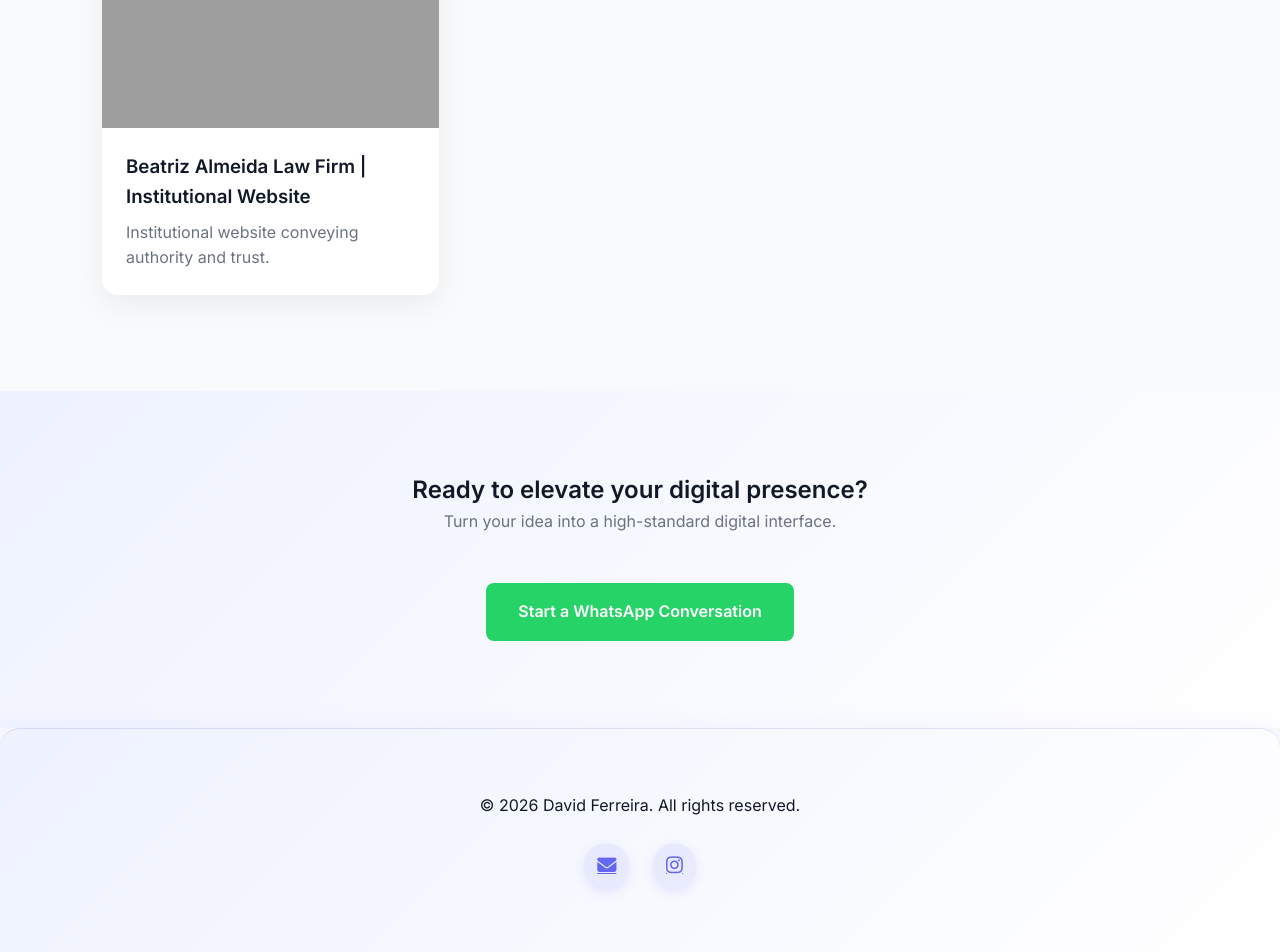
Repository: davidfsillva/David_Ferreira
Page: index.html
These files come from the project's save history. The page is drawn as it stood at one moment and after the next save; the edit follows.
The browser window is 1280 px wide. The pictures show the part of the page from y = 1990 to 2942 px (the page is 2942 px tall).
Pictures or frames that could not be fetched are drawn as grey boxes.

Above is the page before, as saved 2026-02-11 15:22:54.
Console error: TypeError: Cannot read properties of null (reading 'addEventListener')

### index.html
<!DOCTYPE html>
<html lang="en">
<head>
    <meta charset="UTF-8">
    <meta name="viewport" content="width=device-width, initial-scale=1.0">

    <title>David Ferreira | Front-end Developer & Premium UI Designer</title>

    <!-- Primary SEO -->
    <meta name="description" content="David Ferreira is a front-end developer specialized in premium interfaces, high-conversion landing pages, and modern digital experiences.">
    <meta name="keywords" content="Front-end Developer, Web Designer, UI Designer, Landing Page, Web Development, Freelancer Brazil">
    <meta name="author" content="David Ferreira">
    <meta name="robots" content="index, follow">
    <link rel="canonical" href="https://yourdomain.com/">

    <!-- Open Graph (Facebook, LinkedIn) -->
    <meta property="og:title" content="David Ferreira | Premium Front-end Developer">
    <meta property="og:description" content="High-standard digital interfaces focused on performance and conversion.">
    <meta property="og:image" content="https://yourdomain.com/preview.jpg">
    <meta property="og:url" content="https://yourdomain.com/">
    <meta property="og:type" content="website">

    <!-- Twitter Card -->
    <meta name="twitter:card" content="summary_large_image">
    <meta name="twitter:title" content="David Ferreira | Web Developer">
    <meta name="twitter:description" content="Premium web development focused on performance and modern design.">
    <meta name="twitter:image" content="https://yourdomain.com/preview.jpg">

    <!-- Favicon -->
    <link rel="icon" href="favicon.ico" type="image/x-icon">

    <!-- Fonts -->
    <link href="https://fonts.googleapis.com/css2?family=Inter:wght@300;400;600&family=Plus+Jakarta+Sans:wght@700;800&display=swap" rel="stylesheet">

    <!-- Font Awesome -->
    <link rel="stylesheet" href="https://cdnjs.cloudflare.com/ajax/libs/font-awesome/6.5.0/css/all.min.css" integrity="sha512-..." crossorigin="anonymous" referrerpolicy="no-referrer" />

    <link rel="stylesheet" href="style.css">
</head>

<body>

    <!-- NAVBAR -->
    <nav class="navbar">
        <div class="logo"><a href="#">David | Web Developer<span>.</span></a></div>

        <ul class="nav-links">
            <li><a href="#about">About</a></li>
            <li><a href="#portfolio">Projects</a></li>
            <li><a href="#contact" class="btn-sm">Contact</a></li>
        </ul>
    </nav>

    <!-- HERO -->
    <section class="hero">
        <div class="hero-content">
            <h1>Creating high-level digital <span> with code experiences</span></h1>
            <p>Front-end developer specialized in high-standard interfaces and landing pages focused on results.</p>
            <div class="hero-btns">
                <a href="#portfolio" class="btn-primary">See Projects</a>
                <a href="#contact" class="btn-secondary">Let's Talk</a>
            </div>
        </div>
        <div class="hero-visual">
            <div class="hero-glow"></div>
        </div>
    </section>

    <!-- ABOUT -->
    <section id="about" class="section">
        <h2>About Me</h2>
        <p>I'm David Ferreira, a Front-end developer focused on creating modern, functional websites with premium interfaces. I work with HTML, CSS, JavaScript, and React, prioritizing performance, design, and user experience.</p>
        <p>My goal is to help businesses and professionals stand out digitally through websites that convey trust and deliver real results.</p>
    </section>

    <!-- PORTFOLIO -->
    <section id="portfolio" class="portfolio">
        <div class="section-header">
            <h2>Selected Projects</h2>
            <p>A showcase of solutions focused on performance and design.</p>
        </div>
        <div class="portfolio-grid">
            <!-- Project 1 -->
            <a href="https://davidfsillva.github.io/Alex-Carter/" target="_blank" class="project-link">
                <div class="project-card">
                    <div class="card-image">
                        <img src="img/alex.png" alt="Alex Carter Project">
                        <div class="card-overlay"><span>View Details</span></div>
                    </div>
                    <div class="card-info">
                        <h3>Alex Carter | Landing Page</h3>
                        <p>Personal branding website for a professional athlete.</p>
                    </div>
                </div>
            </a>

            <!-- Project 2 -->
            <a href="https://davidfsillva.github.io/e-hammershark/" target="_blank" class="project-link">
                <div class="project-card">
                    <div class="card-image">
                        <img src="img/ecomerce.png" alt="Hammershark Project">
                        <div class="card-overlay"><span>View Details</span></div>
                    </div>
                    <div class="card-info">
                        <h3>Hammershark | E-commerce</h3>
                        <p>Fitness fashion e-commerce, focused on branding and shopping experience.</p>
                    </div>
                </div>
            </a>

            <!-- Project 3 -->
            <a href="https://davidfsillva.github.io/landing-page/" target="_blank" class="project-link">
                <div class="project-card">
                    <div class="card-image">
                        <img src="img/landingpage.png" alt="Landing Page Project">
                        <div class="card-overlay"><span>View Details</span></div>
                    </div>
                    <div class="card-info">
                        <h3>Lucas Andrade | Landing Page</h3>
                        <p>Strategic landing page for lead generation and conversion.</p>
                    </div>
                </div>
            </a>

            <!-- Project 4 -->
            <a href="https://davidfsillva.github.io/beatriz-almeida-adv/" target="_blank" class="project-link">
                <div class="project-card">
                    <div class="card-image">
                        <img src="img/adv.png" alt="Beatriz Almeida Law Firm Project">
                        <div class="card-overlay"><span>View Details</span></div>
                    </div>
                    <div class="card-info">
                        <h3>Beatriz Almeida Law Firm | Institutional Website</h3>
                        <p>Institutional website conveying authority and trust.</p>
                    </div>
                </div>
            </a>
        </div>
    </section>

    <!-- CTA / CONTACT -->
    <section id="contact" class="cta-section">
        <h2>Ready to elevate your digital presence?</h2>
        <p>Turn your idea into a high-standard digital interface.</p>
        <a href="https://wa.me/5511990242453" target="_blank" class="btn-whatsapp">Start a WhatsApp Conversation</a>
    </section>

    <!-- FOOTER -->
    <footer>
        <div class="footer-content">
            <p>&copy; 2026 David Ferreira. All rights reserved.</p>
            <div class="social-links">
                <a href="mailto:davidfsillva@icloud.com" target="_blank" rel="noopener noreferrer"><i class="fa-solid fa-envelope"></i></a>
                <a href="https://www.instagram.com/david_websites?igsh=MWdmZWJ3MW80N3JsNQ==" target="_blank" rel="noopener noreferrer"><i class="fa-brands fa-instagram"></i></a>
            </div>
        </div>
    </footer>

    <script src="scripts.js"></script>
</body>
</html>

### style.css
:root {
  --primary: #6366f1;
  --primary-light: #818cf8;
  --accent: #a855f7;
  --text-dark: #111827;
  --text-light: #6b7280;
  --bg-light: #f9fafb;
  --white: #ffffff;
  --transition: all 0.3s ease;
}

/* RESET */
* {
  margin: 0;
  padding: 0;
  box-sizing: border-box;
}

html {
  scroll-behavior: smooth;   /* já tinha */
  scroll-padding-top: 70px; /* ajuste esse valor para altura da navbar */
}


body {
  font-family: 'Inter', sans-serif;
  background: var(--bg-light);
  color: var(--text-dark);
  line-height: 1.6;
  animation: fadePage 0.8s ease-in-out;
}

@keyframes fadePage {
  from { opacity: 0; transform: translateY(10px); }
  to { opacity: 1; transform: translateY(0); }
}

/* NAVBAR */
.navbar {
  position: fixed;
  width: 100%;
  top: 0;
  padding: 1.5rem 8%;
  display: flex;
  justify-content: space-between;
  align-items: center;
  background: rgba(255,255,255,0.85);
  backdrop-filter: blur(12px);
  box-shadow: 0 4px 20px rgba(0,0,0,0.05);
  z-index: 1000;
  transition: var(--transition);
}

.logo {
  font-family: 'Plus Jakarta Sans', sans-serif;
  font-weight: 800;
  font-size: 1.5rem;
}

.logo a {
  text-decoration: none;   /* remove o sublinhado */
  color: var(--text-dark); /* cor principal da logo */
  font-weight: 800;
  font-size: 1.5rem;
}

.logo a span {
  color: var(--primary);   /* deixa apenas o ponto colorido */
}


.logo span {
  color: var(--primary);
}

.nav-links {
  display: flex;
  list-style: none;
  gap: 2rem;
}

.nav-links a {
  text-decoration: none;
  color: var(--text-light);
  font-weight: 500;
  transition: var(--transition);
}

.nav-links a:hover {
  color: var(--primary);
  transform: translateY(-2px);
}

/* HERO */
.hero {
  min-height: 100vh;
  padding: 120px 8% 80px; /* aumentei de 60px para 80px */
  display: flex;
  align-items: center;
  justify-content: space-between;
  background: linear-gradient(135deg, #eef2ff, #ffffff);
  flex-wrap: wrap;
}

.hero-content {
  max-width: 600px;
  animation: heroFade 1s ease 0.2s both;
}

@keyframes heroFade {
  from { opacity: 0; transform: translateY(40px); }
  to { opacity: 1; transform: translateY(0); }
}

.badge {
  display: inline-block;
  padding: 0.5rem 1rem;
  background: rgba(99,102,241,0.1);
  color: var(--primary);
  border-radius: 20px;
  font-size: 0.8rem;
  font-weight: 600;
  margin-bottom: 1.5rem;
}

.hero h1 {
  font-family: 'Plus Jakarta Sans', sans-serif;
  font-size: clamp(2rem, 5vw, 3.5rem);
  line-height: 1.2;
  margin-bottom: 1.5rem;
}

.hero h1 span {
  background: linear-gradient(90deg, var(--primary), var(--accent));
  -webkit-background-clip: text;
  -webkit-text-fill-color: transparent;
}

.hero p {
  font-size: 1.1rem;
  color: var(--text-light);
  margin-bottom: 2rem;
}

/* BUTTONS */
.btn-primary,
.btn-secondary,
.btn-whatsapp {
  display: inline-block;
  padding: 0.9rem 2rem;
  border-radius: 8px;
  text-decoration: none;
  font-weight: 600;
  transition: all 0.3s ease;
  position: relative;
  overflow: hidden;
}

.btn-primary {
  background: linear-gradient(90deg, var(--primary), var(--accent));
  color: white;
  box-shadow: 0 10px 25px rgba(99,102,241,0.3);
}

.btn-primary:hover {
  transform: translateY(-4px) scale(1.03);
}

.btn-primary:active {
  transform: scale(0.96);
}

.btn-primary::after {
  content: "";
  position: absolute;
  width: 200%;
  height: 200%;
  background: radial-gradient(circle, rgba(255,255,255,0.4), transparent 60%);
  top: -50%;
  left: -50%;
  opacity: 0;
  transition: opacity 0.4s ease;
}

.btn-primary:hover::after {
  opacity: 1;
}

.btn-secondary {
  border: 1px solid #e5e7eb;
  color: var(--text-dark);
  margin-left: 1rem;
}

.btn-secondary:hover {
  background: #f3f4f6;
  transform: translateY(-4px);
}

.btn-secondary:active {
  transform: scale(0.96);
}

.btn-whatsapp {
  background: #25d366;
  color: white;
}

.btn-whatsapp:hover {
  transform: translateY(-4px) scale(1.03);
}

.btn-whatsapp:active {
  transform: scale(0.96);
}

.hero-btns {
  display: flex;
  flex-wrap: wrap;
}

#about {
  text-align: center;
  max-width: 1200px;
  margin: 4rem auto 0; /* adiciona mais distância do Hero */
  padding: 6rem 8%;
  background: linear-gradient(135deg, #eef2ff 0%, #ffffff 100%);
  border-radius: 20px;
  box-shadow: 0 15px 40px rgba(99,102,241,0.15);
  position: relative;
  overflow: hidden;
}

#about::before {
  content: "";
  position: absolute;
  width: 200px;
  height: 200px;
  background: radial-gradient(circle, rgba(163,155,253,0.2), transparent 70%);
  top: -50px;
  right: -50px;
  border-radius: 50%;
  z-index: 0;
  animation: pulseGlow 6s infinite ease-in-out;
}

#about h2 {
  font-family: 'Plus Jakarta Sans', sans-serif;
  font-size: clamp(2rem, 4vw, 2.5rem);
  margin-bottom: 2rem;
  position: relative;
  z-index: 1;
  background: linear-gradient(90deg, var(--primary), var(--accent));
  -webkit-background-clip: text;
  -webkit-text-fill-color: transparent;
}

#about p {
  font-size: 1.05rem;
  line-height: 1.9;
  color: var(--text-dark);
  margin-bottom: 1.8rem;
  position: relative;
  z-index: 1;
  opacity: 0;
  transform: translateY(20px);
  animation: fadeUp 1s forwards;
  animation-delay: 0.3s;
}

/* Animação suave */
@keyframes fadeUp {
  to {
    opacity: 1;
    transform: translateY(0);
  }
}



/* HERO VISUAL */
.hero-visual {
  flex: 1;
  min-height: 400px;
  display: flex;
  justify-content: center;
  align-items: center;
}

.hero-glow {
  width: 380px;
  height: 380px;
  background: url('img/dashboard.png') no-repeat center center;
  background-size: contain;
  animation: float-rotate 8s ease-in-out infinite;
}

@keyframes float-rotate {
  0%   { transform: translateY(0px) rotate(0deg); }
  50%  { transform: translateY(-10px) rotate(3deg); }
  100% { transform: translateY(0px) rotate(0deg); }
}

/* PORTFOLIO */
.portfolio {
  padding: 6rem 8%;
}

.section-header {
  text-align: center;
  margin-bottom: 4rem;
}

.section-header h2 {
  font-family: 'Plus Jakarta Sans', sans-serif;
  font-size: 2.2rem;
  margin-bottom: 1rem;
  color: var(--primary)
}

.section-header p {
  color: var(--text-light);
}

.portfolio-grid {
  display: grid;
  grid-template-columns: repeat(auto-fit, minmax(280px, 1fr));
  gap: 2rem;
}

.project-card {
  background: var(--white);
  border-radius: 16px;
  overflow: hidden;
  box-shadow: 0 10px 30px rgba(0,0,0,0.06);
  cursor: pointer;
  transition: transform 0.4s ease, box-shadow 0.4s ease;
  will-change: transform;
}

.project-card:hover {
  transform: translateY(-12px) scale(1.03);
  box-shadow: 0 25px 50px rgba(99,102,241,0.2);
}

.card-image {
  position: relative;
  overflow: hidden;
}

.card-image img {
  width: 100%;
  height: 220px;
  object-fit: cover;
  display: block;
  transition: transform 0.6s ease;
}

.project-card:hover .card-image img {
  transform: scale(1.08);
}

.card-overlay {
  position: absolute;
  inset: 0;
  background: rgba(99,102,241,0.8);
  display: flex;
  justify-content: center;
  align-items: center;
  color: white;
  font-weight: 600;
  opacity: 0;
  transition: opacity 0.4s ease;
}

.project-card:hover .card-overlay {
  opacity: 1;
}

.card-info {
  padding: 1.5rem;
}

.card-info h3 {
  margin-bottom: 0.5rem;
}

.card-info p {
  color: var(--text-light);
}

.project-link {
  text-decoration: none;
  color: inherit;
  display: block;
}


/* CTA */
.cta-section {
  padding: 5rem 8%;
  text-align: center;
  background: linear-gradient(135deg, #eef2ff, #ffffff);
}

/* FOOTER */
/* =====================
   FOOTER MODERNO
===================== */
footer {
  padding: 4rem 8%;
  background: linear-gradient(135deg, #eef2ff, #ffffff); /* leve gradiente */
  border-top: 1px solid rgba(99,102,241,0.2); /* linha discreta */
  text-align: center;
  border-radius: 20px 20px 0 0;
  box-shadow: 0 -4px 20px rgba(99,102,241,0.05);
}

.footer-content {
  display: flex;
  flex-direction: column;
  align-items: center;
  gap: 1.5rem; /* aumenta espaço entre elementos */
}

.footer-content p {
  color: var(--text-dark);
  font-weight: 500;
  font-size: 1rem;
}

.social-links {
  display: flex;
  gap: 1.5rem; /* distância entre ícones */
}

.social-links a {
  color: var(--primary);
  background: rgba(99,102,241,0.1);
  padding: 0.8rem;
  border-radius: 50%; /* círculo perfeito */
  font-size: 1.2rem;
  display: flex;
  justify-content: center;
  align-items: center;
  transition: all 0.3s ease;
  box-shadow: 0 4px 12px rgba(99,102,241,0.15); /* leve profundidade */
}

.social-links a:hover {
  transform: translateY(-3px) scale(1.1);
  background: var(--primary);
  color: white;
}


.cta-section p {
  color: var(--text-light);
  margin-bottom: 2.5rem; /* aumenta espaço abaixo do texto */
}

.btn-whatsapp {
  display: inline-block;
  background: #25d366;
  color: white;
  padding: 1rem 2rem;
  border-radius: 8px;
  text-decoration: none;
  font-weight: 600;
  transition: var(--transition);
  margin-top: 0.5rem; /* pequeno respiro extra */
}


/* MODAL */
.modal-overlay {
  position: fixed;
  inset: 0;
  background: rgba(0,0,0,0.6);
  display: none;
  justify-content: center;
  align-items: center;
  padding: 2rem;
  z-index: 2000;
}

.modal-content {
  background: white;
  width: 100%;
  max-width: 900px;
  border-radius: 20px;
  overflow: hidden;
  animation: modalZoom 0.4s cubic-bezier(.23,1,.32,1);
  position: relative;
}

@keyframes modalZoom {
  from { opacity: 0; transform: scale(0.85) translateY(20px); }
  to { opacity: 1; transform: scale(1) translateY(0); }
}

.modal-body {
  display: grid;
  grid-template-columns: 1fr 1fr;
}

.modal-img {
  min-height: 300px;
  background-size: cover !important;
}

.modal-text {
  padding: 2rem;
}

.close-modal {
  position: absolute;
  top: 20px;
  right: 25px;
  background: none;
  border: none;
  font-size: 2rem;
  cursor: pointer;
  transition: transform 0.3s ease;
}

.close-modal:hover {
  transform: rotate(90deg);
}

/* RESPONSIVO */
@media (max-width: 900px) {
  .hero {
    flex-direction: column;
    text-align: center;
  }

  .hero-visual {
    margin-top: 3rem;
  }

  .modal-body {
    grid-template-columns: 1fr;
  }
}

@media (max-width: 600px) {
  .navbar {
    padding: 1rem 5%;
  }

  .nav-links {
    display: none;
  }

  .hero {
    padding: 100px 5% 60px;
  }

  .portfolio {
    padding: 4rem 5%;
  }

  .cta-section {
    padding: 4rem 5%;
  }

  footer {
    padding: 2rem 5%;
  }

  .footer-content {
    flex-direction: column;
    text-align: center;
  }

  .social-links a {
    margin: 0 0.5rem;
  }
}

### scripts.js
// =============================
// NAVBAR SCROLL EFFECT
// =============================
const navbar = document.querySelector(".navbar");

window.addEventListener("scroll", () => {
  if (window.scrollY > 50) {
    navbar.style.padding = "1rem 8%";
    navbar.style.boxShadow = "0 8px 25px rgba(0,0,0,0.08)";
  } else {
    navbar.style.padding = "1.5rem 8%";
    navbar.style.boxShadow = "0 4px 20px rgba(0,0,0,0.05)";
  }
});

// =============================
// MODAL FUNCTIONALITY
// =============================
const modal = document.querySelector(".modal-overlay");
const modalImg = document.querySelector(".modal-img");
const modalTitle = document.querySelector(".modal-text h3");
const modalDesc = document.querySelector(".modal-text p");
const closeModal = document.querySelector(".close-modal");

const projectCards = document.querySelectorAll(".project-card");

projectCards.forEach(card => {
  card.addEventListener("click", () => {
    const title = card.querySelector("h3").innerText;
    const desc = card.querySelector("p").innerText;
    const img = card.querySelector("img").src;

    modalTitle.innerText = title;
    modalDesc.innerText = desc;
    modalImg.style.backgroundImage = `url(${img})`;

    modal.style.display = "flex";
    document.body.style.overflow = "hidden";
  });
});

// Fechar modal
closeModal.addEventListener("click", () => {
  modal.style.display = "none";
  document.body.style.overflow = "auto";
});

// Fechar clicando fora
modal.addEventListener("click", (e) => {
  if (e.target === modal) {
    modal.style.display = "none";
    document.body.style.overflow = "auto";
  }
});

// Fechar com ESC
document.addEventListener("keydown", (e) => {
  if (e.key === "Escape") {
    modal.style.display = "none";
    document.body.style.overflow = "auto";
  }
});

// =============================
// SCROLL REVEAL ANIMATION
// =============================
const revealElements = document.querySelectorAll(
  ".hero-content, .project-card, .section-header, .cta-section"
);

const observer = new IntersectionObserver(
  (entries) => {
    entries.forEach(entry => {
      if (entry.isIntersecting) {
        entry.target.style.opacity = "1";
        entry.target.style.transform = "translateY(0)";
      }
    });
  },
  { threshold: 0.2 }
);

revealElements.forEach(el => {
  el.style.opacity = "0";
  el.style.transform = "translateY(40px)";
  el.style.transition = "all 0.8s ease";
  observer.observe(el);
});

// =============================
// BUTTON MICRO INTERACTION
// =============================
const buttons = document.querySelectorAll(".btn-primary, .btn-secondary, .btn-whatsapp");

buttons.forEach(btn => {
  btn.addEventListener("mouseenter", () => {
    btn.style.transform = "scale(1.05)";
  });

  btn.addEventListener("mouseleave", () => {
    btn.style.transform = "scale(1)";
  });
});

After the next save:
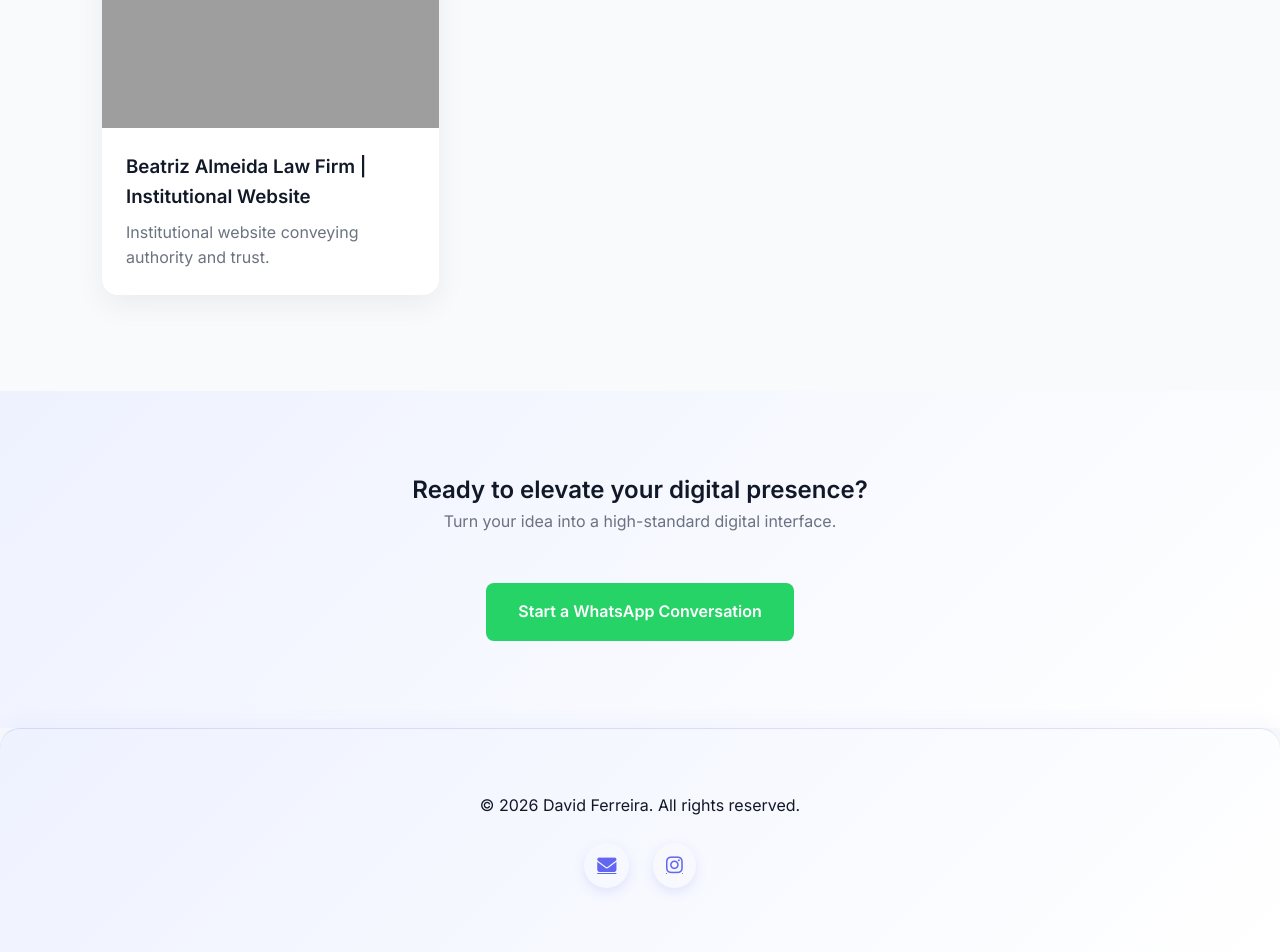
Saved 5 s later.
--- a/style.css
+++ b/style.css
@@ -436,7 +436,6 @@ footer {
 
 .social-links a {
   color: var(--primary);
-  background: rgba(99,102,241,0.1);
   padding: 0.8rem;
   border-radius: 50%; /* círculo perfeito */
   font-size: 1.2rem;
